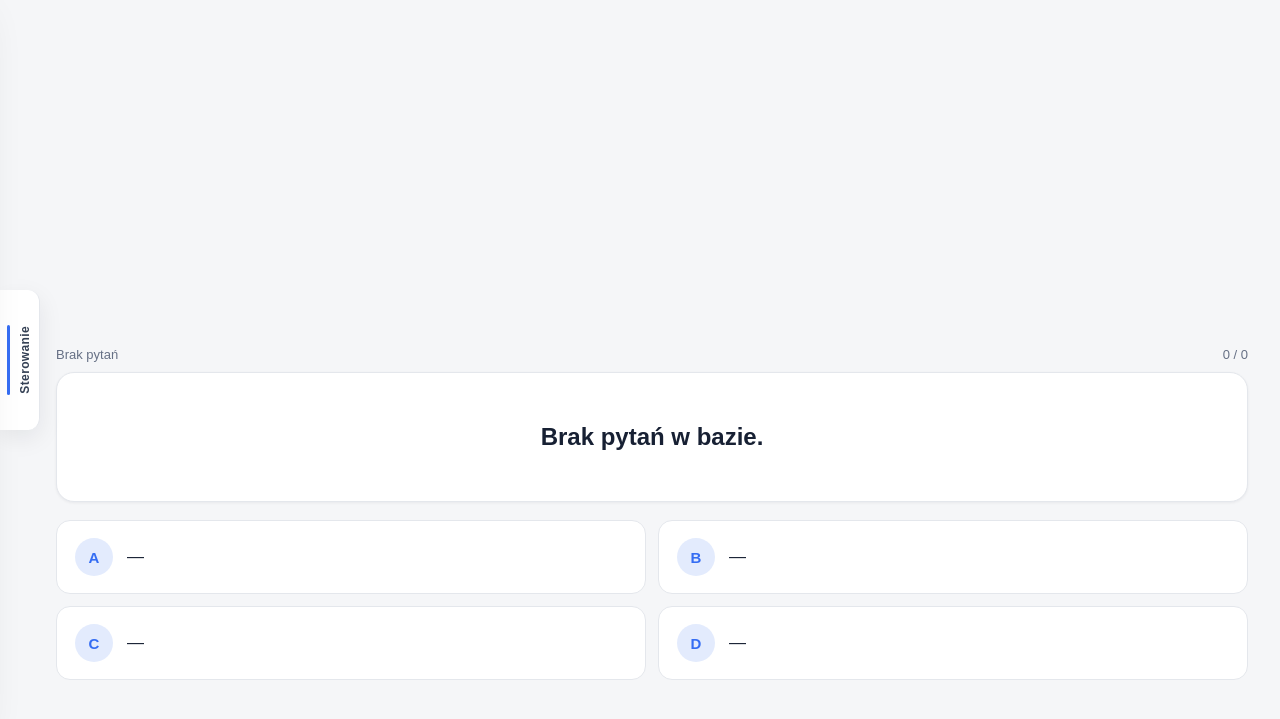
Repository: WaleonGames/HTGMilionerzy
Page: views/game.html
These files come from the project's save history. The page is drawn as it stood at one moment and after the next save; the edit follows.
The browser window is 1280 px wide. The pictures show the whole page.

Above is the page before, as saved 2026-09-06 11:57:34.

### views/game.html
<!doctype html>
<html lang="pl">
<head>
  <meta charset="UTF-8">
  <meta name="viewport" content="width=device-width,initial-scale=1.0">

  <title>Milionerzy - Gra</title>

  <link rel="stylesheet" href="../public/css/design.css">
  <link rel="stylesheet" href="../public/css/game.css">
</head>
<body>
  <div class="game-app sidebar-hidden">
    <main class="game-stage">
      <section class="game-question-area">
        <div class="game-question-meta">
          <span id="questionNumber">
            Pytanie 1
          </span>

          <span id="questionProgress">
            1 / 12
          </span>
        </div>

        <div
          id="questionText"
          class="game-question"
        >
          Brak załadowanego pytania.
        </div>

        <div
          id="answersGrid"
          class="game-answers"
        >
          <button
            class="game-answer"
            data-answer="A"
            type="button"
          >
            <span class="game-answer-letter">
              A
            </span>

            <span
              id="answerTextA"
              class="game-answer-text"
            >
              —
            </span>
          </button>

          <button
            class="game-answer"
            data-answer="B"
            type="button"
          >
            <span class="game-answer-letter">
              B
            </span>

            <span
              id="answerTextB"
              class="game-answer-text"
            >
              —
            </span>
          </button>

          <button
            class="game-answer"
            data-answer="C"
            type="button"
          >
            <span class="game-answer-letter">
              C
            </span>

            <span
              id="answerTextC"
              class="game-answer-text"
            >
              —
            </span>
          </button>

          <button
            class="game-answer"
            data-answer="D"
            type="button"
          >
            <span class="game-answer-letter">
              D
            </span>

            <span
              id="answerTextD"
              class="game-answer-text"
            >
              —
            </span>
          </button>
        </div>
      </section>
    </main>

    <aside class="game-sidebar hidden">
      <section class="game-sidebar-section">
        <div class="game-sidebar-title">
          Koła ratunkowe
        </div>

        <div class="game-lifelines">
          <div
            class="game-lifeline"
            title="50:50"
          >
            <img
              src="../public/assets/lifelines/50-50.png"
              alt="50:50"
            >
          </div>

          <div
            class="game-lifeline"
            title="Publiczność"
          >
            <img
              src="../public/assets/lifelines/audience.png"
              alt="Publiczność"
            >
          </div>

          <div
            class="game-lifeline"
            title="Pytanie do hosta"
          >
            <img
              src="../public/assets/lifelines/host.png"
              alt="Pytanie do hosta"
            >
          </div>
        </div>
      </section>

      <section class="game-sidebar-section game-sidebar-section-grow">
        <div class="game-sidebar-title">
          Drzewo nagród
        </div>

        <div
          id="gamePrizeTree"
          class="game-prize-tree"
        ></div>
      </section>
    </aside>

    <button
      id="openControlsButton"
      class="game-control-rail"
      type="button"
      aria-label="Otwórz sterowanie"
      title="Sterowanie"
    >
      <span class="game-control-rail-line"></span>

      <span class="game-control-rail-label">
        Sterowanie
      </span>
    </button>

    <div
      id="controlsBackdrop"
      class="game-offcanvas-backdrop"
      hidden
    ></div>

    <aside
      id="controlsPanel"
      class="game-offcanvas"
      aria-hidden="true"
    >
      <div class="game-offcanvas-header">
        <div>
          <span class="game-eyebrow">
            HOST
          </span>

          <h2>
            Sterowanie
          </h2>
        </div>

        <button
          id="closeControlsButton"
          class="game-icon-button"
          type="button"
          aria-label="Zamknij"
        >
          ×
        </button>
      </div>

      <div class="game-offcanvas-content">
        <section class="game-control-section">
          <h3>
            Wyświetlanie
          </h3>

          <div class="game-display-controls">
            <button
              id="showQuestionButton"
              class="game-button"
              type="button"
            >
              Pytanie
            </button>

            <button
              id="showAnswersButton"
              class="game-button"
              type="button"
            >
              Odpowiedzi
            </button>

            <button
              id="toggleSidebarButton"
              class="game-button"
              type="button"
            >
              Panel boczny
            </button>
          </div>
        </section>

        <section class="game-control-section">
          <h3>
            Odpowiedź gracza
          </h3>

          <div class="game-selected-answer">
            <span>
              Wybrana odpowiedź
            </span>

            <strong id="selectedAnswer">
              Brak
            </strong>
          </div>

          <button
            id="checkAnswerButton"
            class="game-button game-button-primary"
            type="button"
            disabled
          >
            Sprawdź odpowiedź
          </button>
        </section>

        <section class="game-control-section">
          <h3>
            Wynik
          </h3>

          <div class="game-result">
            <span>
              Status
            </span>

            <strong id="answerResult">
              —
            </strong>
          </div>
        </section>

        <section class="game-control-section">
          <h3>
            Nawigacja
          </h3>

          <div class="game-control-grid">
            <button
              id="previousQuestionButton"
              class="game-button"
              type="button"
            >
              Poprzednie
            </button>

            <button
              id="nextQuestionButton"
              class="game-button game-button-primary"
              type="button"
            >
              Następne
            </button>
          </div>
        </section>
      </div>

      <div class="game-offcanvas-footer">
        <button
          id="exitGameButton"
          class="game-button game-button-danger"
          type="button"
        >
          Zakończ rozgrywkę
        </button>
      </div>
    </aside>
  </div>

  <script src="../public/js/design.js"></script>
  <script src="../public/js/game.js"></script>
</body>
</html>

### public/css/game.css
*{
  box-sizing:border-box;
  margin:0;
  padding:0;
}

html,
body{
  width:100%;
  min-height:100%;
}

body{
  min-height:100vh;
  overflow:hidden;
  font-family:Arial,sans-serif;
  background:var(--design-bg);
  color:var(--design-text);
}

button{
  font:inherit;
  cursor:pointer;
}

[hidden]{
  display:none !important;
}

/* =========================
   APP
========================= */

.game-app{
  position:relative;

  display:grid;
  grid-template-columns:minmax(0,1fr) 280px;

  width:100%;
  min-height:100vh;

  background:var(--design-bg);
}

/* =========================
   STAGE
========================= */

.game-stage{
  display:flex;
  align-items:flex-end;
  justify-content:center;

  min-width:0;
  min-height:100vh;

  padding:32px 32px 40px 56px;
}

.game-question-area{
  width:min(1250px,100%);
}

/* =========================
   QUESTION META
========================= */

.game-question-meta{
  display:flex;
  align-items:center;
  justify-content:space-between;
  gap:20px;

  margin-bottom:10px;

  color:var(--design-muted);

  font-size:13px;
}

/* =========================
   QUESTION
========================= */

.game-question{
  display:flex;
  align-items:center;
  justify-content:center;

  min-height:130px;

  padding:24px 30px;

  border:1px solid var(--design-border);
  border-radius:18px;

  background:var(--design-surface);
  color:var(--design-text);

  box-shadow:var(--design-shadow-sm);

  font-size:24px;
  font-weight:700;
  line-height:1.45;

  text-align:center;
}

/* =========================
   ANSWERS
========================= */

.game-answers{
  display:grid;
  grid-template-columns:1fr 1fr;
  gap:12px;

  margin-top:18px;
}

.game-answer{
  display:flex;
  align-items:center;
  gap:14px;

  min-height:74px;

  padding:14px 18px;

  border:1px solid var(--design-border);
  border-radius:14px;

  background:var(--design-surface);
  color:var(--design-text);

  text-align:left;

  transition:
    background .15s ease,
    border-color .15s ease,
    transform .15s ease;
}

.game-answer:hover{
  background:var(--design-surface-hover);
  border-color:var(--design-border-strong);
}

.game-answer:active{
  transform:scale(.99);
}

.game-answer-letter{
  display:flex;
  align-items:center;
  justify-content:center;

  width:38px;
  height:38px;

  flex:0 0 38px;

  border-radius:50%;

  background:color-mix(
    in srgb,
    var(--design-primary) 14%,
    var(--design-surface) 86%
  );

  color:var(--design-primary);

  font-size:15px;
  font-weight:800;
}

.game-answer-text{
  min-width:0;

  color:var(--design-text);

  font-size:17px;
  line-height:1.4;
}

/* =========================
   ANSWER STATES
========================= */

.game-answer.selected{
  background:color-mix(
    in srgb,
    var(--design-primary) 18%,
    var(--design-surface) 82%
  );

  color:var(--design-text);

  border-color:var(--design-primary);
}

.game-answer.selected .game-answer-letter{
  background:var(--design-primary);
  color:#fff;
}

.game-answer.selected .game-answer-text{
  color:var(--design-text);
}

.game-answer.correct{
  background:var(--design-success-light);
  color:var(--design-success);

  border-color:var(--design-success-border);
}

.game-answer.correct .game-answer-letter{
  background:var(--design-success);
  color:#fff;
}

.game-answer.correct .game-answer-text{
  color:var(--design-success);
}

.game-answer.wrong{
  background:var(--design-danger-light);
  color:var(--design-danger);

  border-color:var(--design-danger-border);
}

.game-answer.wrong .game-answer-letter{
  background:var(--design-danger);
  color:#fff;
}

.game-answer.wrong .game-answer-text{
  color:var(--design-danger);
}

/* =========================
   SIDEBAR
========================= */

.game-sidebar{
  display:flex;
  flex-direction:column;
  gap:20px;

  min-width:0;
  min-height:100vh;

  padding:20px 16px;

  background:var(--design-surface);

  border-left:1px solid var(--design-border);
}

/* =========================
   SIDEBAR VISIBILITY
========================= */

.game-sidebar.hidden{
  display:none;
}

.game-app.sidebar-hidden{
  grid-template-columns:minmax(0,1fr);
}

.game-sidebar-section{
  display:flex;
  flex-direction:column;
  gap:12px;
}

.game-sidebar-section-grow{
  flex:1;
  min-height:0;
}

.game-sidebar-title{
  color:var(--design-muted);

  font-size:11px;
  font-weight:800;

  letter-spacing:.1em;
  text-transform:uppercase;
}

/* =========================
   LIFELINES
========================= */

.game-lifelines{
  display:grid;
  grid-template-columns:repeat(3,minmax(0,1fr));
  gap:8px;
}

.game-lifeline{
  display:flex;
  align-items:center;
  justify-content:center;

  min-width:0;
  min-height:58px;

  padding:4px;

  background:transparent;
}

.game-lifeline img{
  display:block;

  width:100%;
  max-width:78px;
  height:auto;

  object-fit:contain;

  user-select:none;
  pointer-events:none;
}

/* =========================
   PRIZE TREE
========================= */

.game-prize-tree{
  display:flex;
  flex-direction:column;
  gap:5px;

  min-height:0;
}

.game-prize-item{
  display:grid;
  grid-template-columns:32px minmax(0,1fr);
  align-items:center;
  gap:8px;

  min-height:34px;

  padding:6px 9px;

  border-radius:7px;

  color:var(--design-text-soft);

  transition:
    background .15s ease,
    color .15s ease;
}

.game-prize-item:hover{
  background:var(--design-surface-hover);
}

.game-prize-level{
  color:var(--design-muted);

  font-size:12px;
  font-weight:700;
}

.game-prize-amount{
  min-width:0;

  color:inherit;

  font-size:13px;
  font-weight:700;

  text-align:right;
}

/* =========================
   GUARANTEED PRIZE
========================= */

.game-prize-item.guaranteed{
  color:var(--design-primary);
}

.game-prize-item.guaranteed .game-prize-level{
  color:var(--design-primary);
}

/* =========================
   ACTIVE PRIZE
========================= */

.game-prize-item.active{
  background:var(--design-primary);
  color:#fff;
}

.game-prize-item.active .game-prize-level{
  color:#fff;
}

.game-prize-item.active .game-prize-amount{
  color:#fff;
}

/* =========================
   EMPTY PRIZE TREE
========================= */

.game-prize-empty{
  padding:14px;

  border:1px dashed var(--design-border);
  border-radius:8px;

  color:var(--design-muted);

  font-size:13px;
  text-align:center;
}

/* =========================
   CONTROL RAIL
========================= */

.game-control-rail{
  position:fixed;

  top:50%;
  left:0;

  z-index:700;

  display:flex;
  align-items:center;
  gap:8px;

  height:140px;

  padding:10px 7px;

  border:0;
  border-right:1px solid var(--design-border);

  border-radius:0 12px 12px 0;

  background:var(--design-surface);
  color:var(--design-text-soft);

  box-shadow:var(--design-shadow-md);

  transform:translateY(-50%);
}

.game-control-rail:hover{
  background:var(--design-surface-hover);
  color:var(--design-text);
}

.game-control-rail-line{
  display:block;

  width:3px;
  height:70px;

  border-radius:999px;

  background:var(--design-primary);
}

.game-control-rail-label{
  writing-mode:vertical-rl;

  transform:rotate(180deg);

  font-size:12px;
  font-weight:700;

  letter-spacing:.03em;
}

/* =========================
   DISPLAY CONTROLS
========================= */

.game-display-controls{
  display:grid;
  grid-template-columns:repeat(3,minmax(0,1fr));
  gap:8px;
}

.game-display-controls .game-button{
  width:100%;
  min-width:0;
  padding:0 8px;
  font-size:12px;
}

.game-display-controls .game-button.active{.game-display-controls .game-button.active{
  background:var(--design-primary);
  color:#fff;
  border-color:var(--design-primary);
}
  background:var(--design-primary);
  color:#fff;
  border-color:var(--design-primary);
}

/* =========================
   BUTTON
========================= */

.game-button{
  display:inline-flex;
  align-items:center;
  justify-content:center;

  min-height:40px;

  padding:0 14px;

  border:1px solid var(--design-border);
  border-radius:9px;

  background:var(--design-surface);
  color:var(--design-text-soft);

  font-size:14px;
  font-weight:700;
}

.game-button:hover{
  background:var(--design-surface-hover);
  color:var(--design-text);

  border-color:var(--design-border-strong);
}

.game-button:disabled{
  opacity:.5;
  cursor:not-allowed;
}

.game-button-primary{
  background:var(--design-primary);
  color:#fff;

  border-color:var(--design-primary);
}

.game-button-primary:hover{
  background:var(--design-primary-hover);
  color:#fff;

  border-color:var(--design-primary-hover);
}

.game-button-danger{
  background:var(--design-danger-light);
  color:var(--design-danger);

  border-color:var(--design-danger-border);
}

.game-button-danger:hover{
  color:var(--design-danger-hover);

  border-color:var(--design-danger-hover);
}

/* =========================
   OFFCANVAS BACKDROP
========================= */

.game-offcanvas-backdrop{
  position:fixed;
  inset:0;

  z-index:900;

  background:rgba(0,0,0,.42);

  backdrop-filter:blur(1px);
}

/* =========================
   OFFCANVAS
========================= */

.game-offcanvas{
  position:fixed;

  top:0;
  left:0;
  bottom:0;

  z-index:1000;

  display:flex;
  flex-direction:column;

  width:min(400px,calc(100vw - 32px));

  background:var(--design-surface);

  border-right:1px solid var(--design-border);

  box-shadow:var(--design-shadow-lg);

  transform:translateX(-105%);

  transition:transform .22s ease;
}

.game-offcanvas.open{
  transform:translateX(0);
}

/* =========================
   OFFCANVAS HEADER
========================= */

.game-offcanvas-header{
  display:flex;
  align-items:center;
  justify-content:space-between;
  gap:16px;

  min-height:78px;

  padding:16px 18px;

  border-bottom:1px solid var(--design-border);
}

.game-offcanvas-header h2{
  margin-top:3px;

  color:var(--design-text);

  font-size:22px;
}

.game-eyebrow{
  color:var(--design-primary);

  font-size:10px;
  font-weight:800;

  letter-spacing:.14em;
}

.game-icon-button{
  display:flex;
  align-items:center;
  justify-content:center;

  width:38px;
  height:38px;

  flex:0 0 38px;

  border:1px solid var(--design-border);
  border-radius:9px;

  background:var(--design-surface);
  color:var(--design-text);

  font-size:22px;
}

.game-icon-button:hover{
  background:var(--design-surface-hover);
}

/* =========================
   OFFCANVAS CONTENT
========================= */

.game-offcanvas-content{
  display:flex;
  flex:1;
  flex-direction:column;
  gap:18px;

  min-height:0;

  padding:18px;

  overflow:auto;
}

.game-control-section{
  display:flex;
  flex-direction:column;
  gap:10px;
}

.game-control-section h3{
  color:var(--design-text);

  font-size:14px;
}

.game-control-section>.game-button{
  width:100%;
}

/* =========================
   VALUES
========================= */

.game-selected-answer,
.game-result{
  display:flex;
  flex-direction:column;
  gap:5px;

  padding:13px;

  border:1px solid var(--design-border);
  border-radius:10px;

  background:var(--design-surface-soft);
}

.game-selected-answer span,
.game-result span{
  color:var(--design-muted);

  font-size:12px;
}

.game-selected-answer strong,
.game-result strong{
  color:var(--design-text);

  font-size:17px;
}

/* =========================
   CONTROL GRID
========================= */

.game-control-grid{
  display:grid;
  grid-template-columns:1fr 1fr;
  gap:9px;
}

/* =========================
   OFFCANVAS FOOTER
========================= */

.game-offcanvas-footer{
  padding:16px 18px;

  border-top:1px solid var(--design-border);
}

.game-offcanvas-footer .game-button{
  width:100%;
}

/* =========================
   RESPONSIVE
========================= */

@media(max-width:900px){
  .game-app{
    grid-template-columns:minmax(0,1fr) 230px;
  }

  .game-sidebar{
    padding:16px 12px;
  }

  .game-stage{
    padding-right:20px;
  }
}

@media(max-width:700px){
  body{
    overflow:auto;
  }

  .game-app{
    display:block;
  }

  .game-stage{
    min-height:100vh;

    padding:20px 14px 24px 54px;
  }

  .game-question{
    min-height:110px;

    padding:20px;

    font-size:20px;
  }

  .game-answers{
    grid-template-columns:1fr;
  }

  .game-sidebar{
    min-height:auto;

    border-top:1px solid var(--design-border);
    border-left:0;
  }

  .game-control-rail{
    height:120px;
  }
}

Loaded but not shown: public/js/game.js (695 lines, source omitted); public/js/design.js (200 lines, source omitted); public/css/design.css (1034 lines, source omitted)

After the next save:
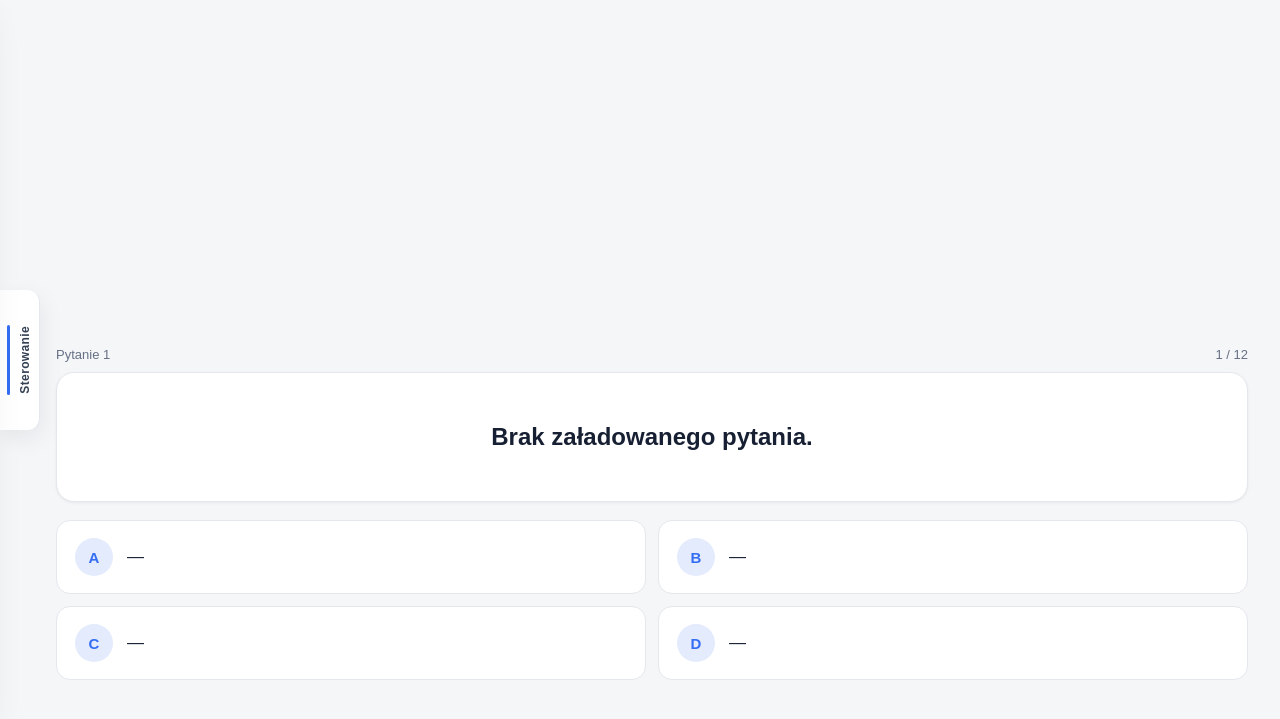
Console error: TypeError: Cannot set properties of null (setting 'textContent')
Saved 2 min 28 s later.
--- a/views/game.html
+++ b/views/game.html
@@ -13,7 +13,9 @@
   <div class="game-app sidebar-hidden">
     <main class="game-stage">
       <section class="game-question-area">
-        <div class="game-question-meta">
+        <div
+  id="gameQuestionMeta"
+  class="game-question-meta technical-info"
           <span id="questionNumber">
             Pytanie 1
           </span>

After the 5 saves that followed:
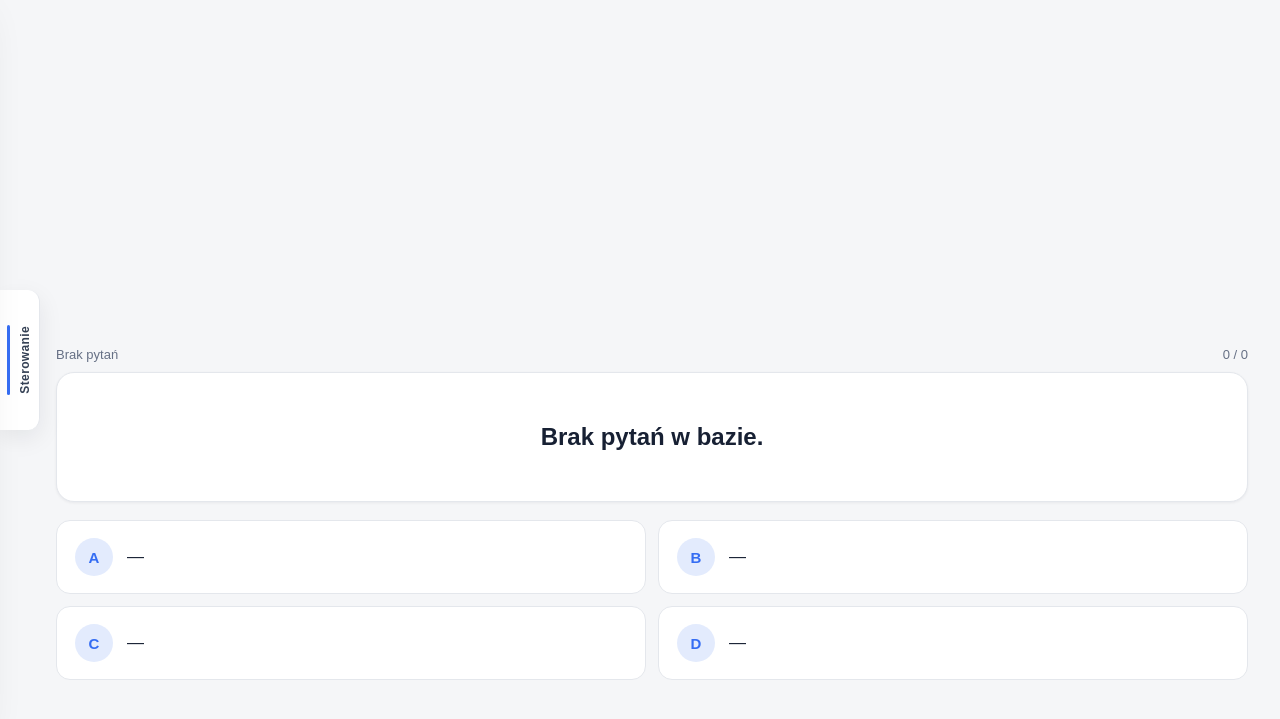
The error is gone.
The 5 saves are shown as one change because they came seconds apart.
The last was saved 12 s later.
--- a/views/game.html
+++ b/views/game.html
@@ -14,8 +14,9 @@
     <main class="game-stage">
       <section class="game-question-area">
         <div
-  id="gameQuestionMeta"
-  class="game-question-meta technical-info"
+            id="gameQuestionMeta"
+            class="game-question-meta technical-info"
+          >
           <span id="questionNumber">
             Pytanie 1
           </span>
